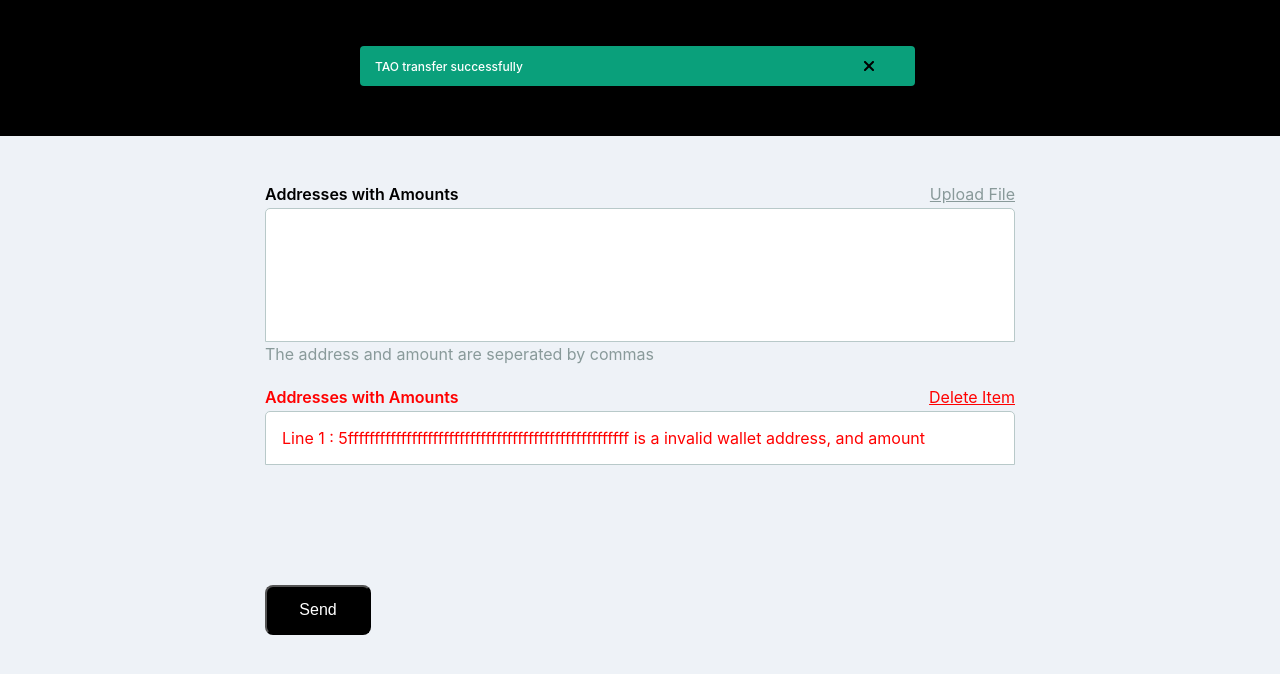
Repository: Dawid-Ace/batch_transfer_tao_master_ui
Page: /
These files come from the project's save history. The page is drawn as it stood at one moment and after the next save; the edit follows.
The browser window is 1280 px wide. The pictures show the whole page.
The project was rebuilt for these pictures with package versions that can differ from the ones it lists, and the page was loaded fresh each time.

Above is the page before, as saved 2023-05-10 05:02:16.

After the next save:
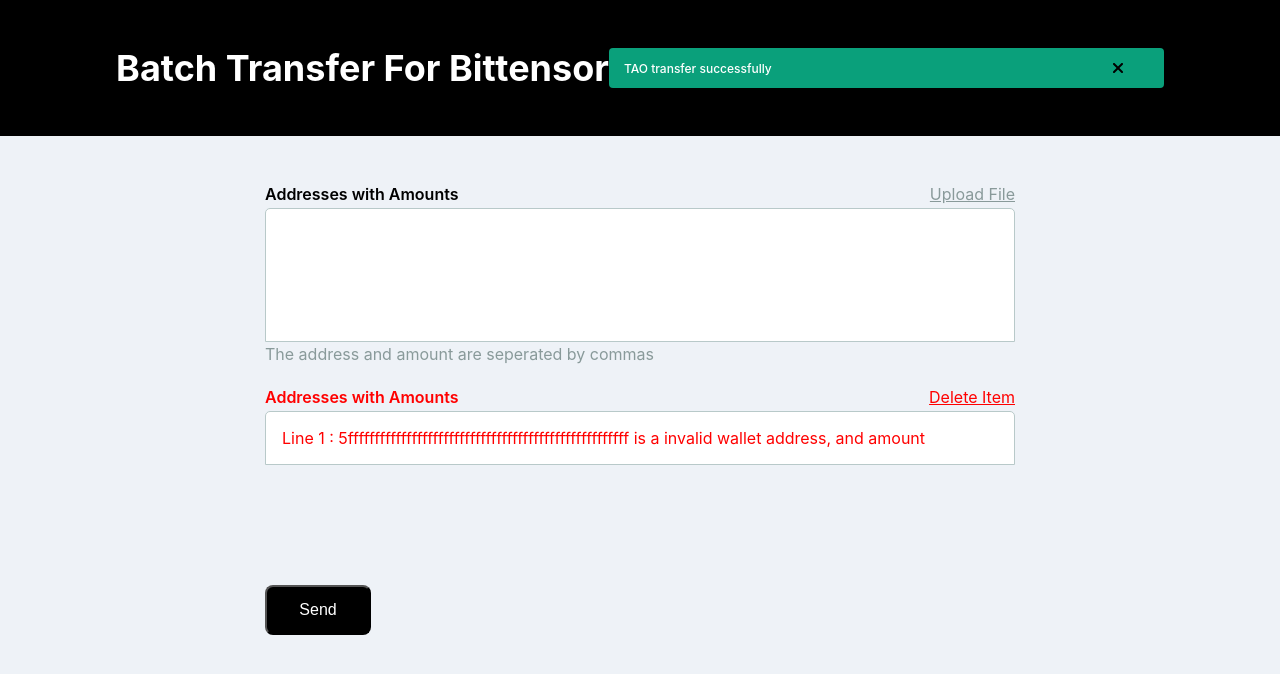
Saved 11 s later.
--- a/src/components/TransferSuccess/index.jsx
+++ b/src/components/TransferSuccess/index.jsx
@@ -13,11 +13,8 @@
     padding-left:15px;
     padding-right: 40px;
 
-    position: absolute;
     width: 500px;
     height: 40px;
-    left: 360px;
-    top: 46px;
 
     background: #0AA07B;
     border-radius: 4px;
